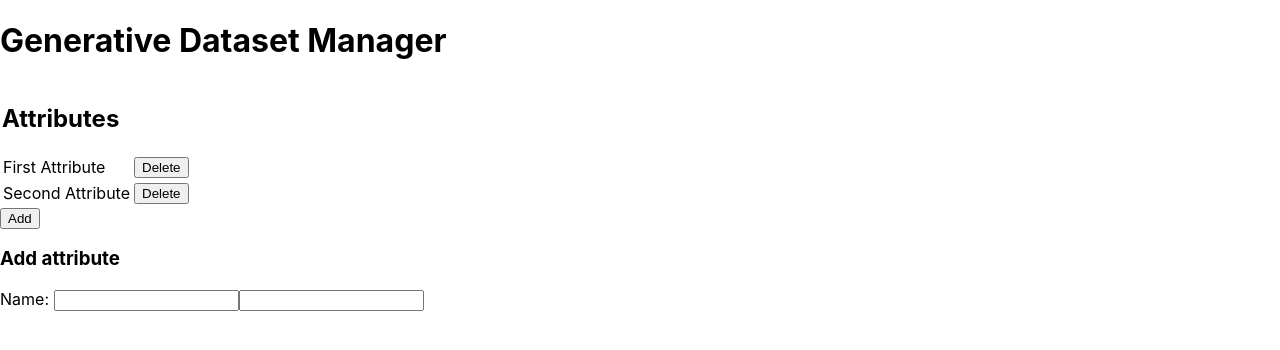
Repository: DaiWelsh/generatrive-ui
Page: /, after clicking the first element matching `div > button`
The author's editor kept a copy of each file at every save. The page is drawn from the files as they stood at one save, then again after the next save.
The browser window is 1280 px wide. The pictures show the whole page.
The project was rebuilt for these pictures with package versions that can differ from the ones it lists, and the page was loaded fresh each time. Also part of the build but not shown: src/App.css.

Above is the page before, as saved 2021-10-10 12:54:21.

After the next save:
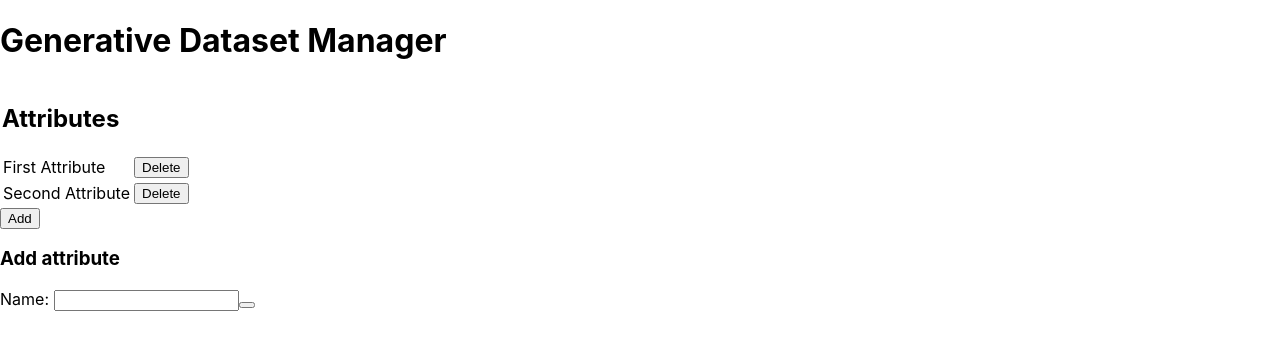
Saved 9 s later.
--- a/src/components/Dataset.js
+++ b/src/components/Dataset.js
@@ -42,7 +42,7 @@ export default function Dataset() {
         <form>
           <h3>Add attribute</h3>
           Name: <input type="text" name="name" value={newName} onChange={(e) => setNewName(e.target.value)}/>
-          <input type="text" name="name" value={newName} onChange={(e) => setNewName(e.target.value)}/>
+          <button name="name" value={newName} onChange={(e) => setNewName(e.target.value)}/>
         </form>
       }
     </Fragment>
